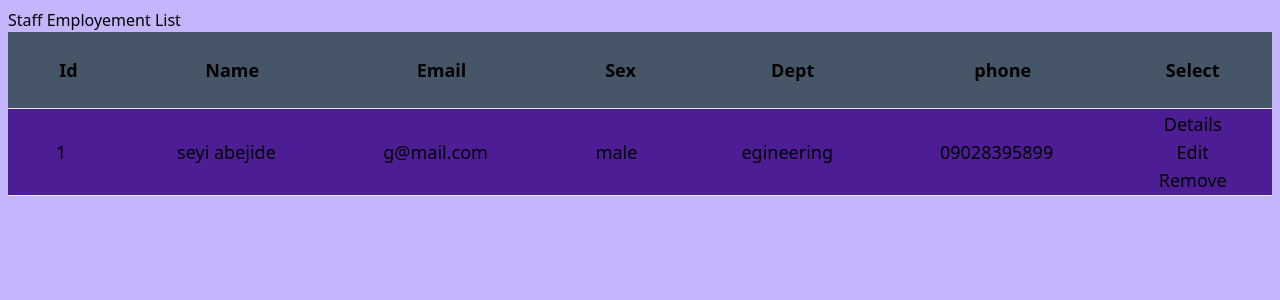
Repository: Semanmernstack/crud
Page: /
An editor plug-in stored every save of this project. The page is shown before and after the next save, followed by the edit.
The browser window is 1280 px wide. The pictures show the whole page.
The project was rebuilt for these pictures with package versions that can differ from the ones it lists, and the page was loaded fresh each time. Requests to the local data server were answered from the project's data file. Also part of the build but not shown: src/Details.js, src/Create.js, src/Edit.js.

Above is the page before, as saved 2022-12-24 01:06:31.

### src/App.js
import List from "./List";
import {
  BrowserRouter,
  Routes,
  Route,

} from "react-router-dom";
import Details from "./Details";
import Create from "./Create";
import Edit from "./Edit";



function App() {
  return (
    <div className="bg-slate-100 h-screen">
      <BrowserRouter>

      <Routes>
        <Route path="/" element={<List/>}> </Route>
        <Route path="/employee/create" element={<Create/>}> </Route>
        <Route path="/employee/details/:empid" element={<Details/>}> </Route>
        <Route path="/employee/edit/:empid" element={<Edit/>}> </Route>
      </Routes>
      </BrowserRouter>

    </div>
  );
}

export default App;

### src/List.js

import React, { useEffect, useState } from 'react'

function List() {
    const [records, setRecords] = useState("")

    useEffect(() => {
        fetch("http://localhost:8000/employee").then((res) => {
            return res.json()
        }).then((resp) => {
            console.log(resp)
            setRecords(resp)

        })

    }, [])
  return (
    <div className="overflow-x-hidden lg:max-w-7xl mx-auto  p-2 items-center bg-violet-300 h-screen   ">

        <p>Staff Employement List</p>


        <table className="  w-[100%] bg-violet-900 text-sm md:text-sm lg:text-lg   " >

            <thead>
                <tr className="border-b bg-slate-600">
                    <th scope='col' className=" lg:py-6 lg:px-12 py-4 px-6">Id</th>
                    <th scope='col' className=" lg:py-6 lg:px-12 py-4 px-6">Name</th>
                    <th scope='col' className=" lg:py-6 lg:px-12 py-4 px-6">Email</th>
                    <th scope='col' className=" lg:py-6 lg:px-12 py-4 px-6">Sex</th>
                    <th scope='col' className=" lg:py-6 lg:px-12 py-4 px-6">Dept</th>
                    <th scope='col' className=" lg:py-6 lg:px-12 py-4 px-6">phone</th>
                    <th scope='col' className=' lg:py-6 lg:px-12 py-4 px-6'>Select</th>

                </tr>
            </thead>
            <tbody>
                {
                    records &&
                    records.map((record) => (
                    <tr className="border-b" key={record.id}>
                        <td className=" lg:py-6 lg:px-12 py-3 px-4">{record.id}</td>
                        <td className=" lg:py-6 lg:px-12 py-3 px-4" >{record.name}</td>
                        <td className=" lg:py-6 lg:px-12 py-3 px-4">{record.email}</td>
                        <td className=" lg:py-6 lg:px-12 py-3 px-4">{record.sex}</td>
                        <td className=" lg:py-6 lg:px-12 py-3 px-4">{record.dept}</td>
                        <td className=" lg:py-6 lg:px-12 py-3 px-4">{record.phone}</td>
                        <td className='flex flex-col'>
                            <button>Details</button>
                            <button>Edit</button>
                            <button>Remove</button>

                        </td>
                    </tr>
                    ))
                }

            </tbody>

        </table>




    </div>
  )
}

export default List

### db.json
{
  "employee": [
    {
      "id": 1,
      "name": "seyi abejide",
      "email": "g@mail.com",
      "phone": "09028395899",
      "dept": "egineering",
      "sex": "male"

    }
  ]

}

Loaded but not shown: public/index.html (common file); src/index.js (common file); src/index.css (common file); src/reportWebVitals.js (common file); tailwind.config.js (common file)

After the next save:
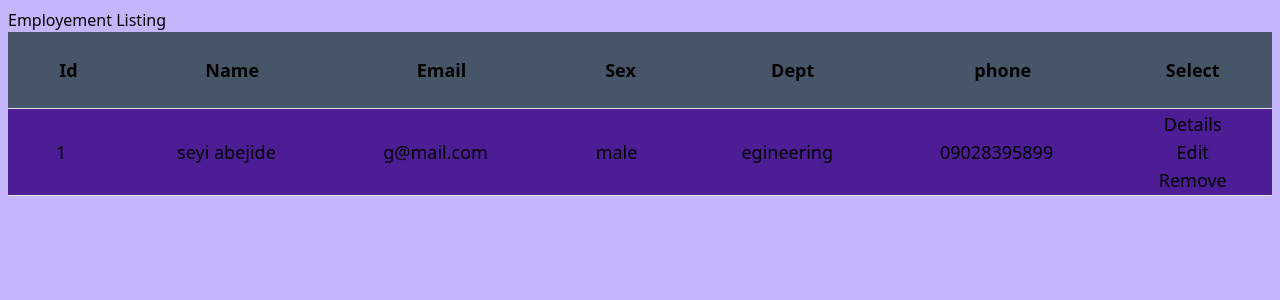
Saved 72 s later.
--- a/src/List.js
+++ b/src/List.js
@@ -17,7 +17,7 @@ function List() {
   return (
     <div className="overflow-x-hidden lg:max-w-7xl mx-auto  p-2 items-center bg-violet-300 h-screen   ">
 
-        <p>Staff Employement List</p>
+        <p className='text-centre justify-center'> Employement Listing</p>
 
 
         <table className="  w-[100%] bg-violet-900 text-sm md:text-sm lg:text-lg   " >
